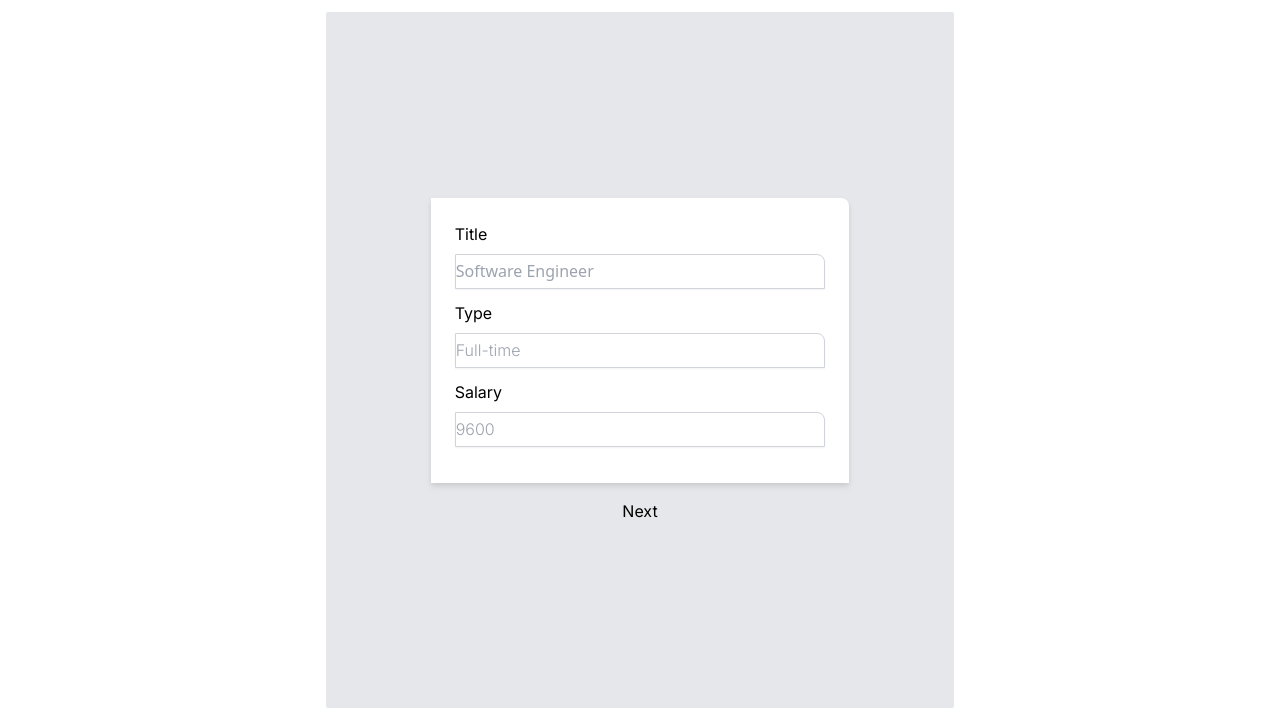
Repository: Abdibaye/Job-Sphere
Page: /form
The author's editor kept a copy of each file at every save. The page is drawn from the files as they stood at one save, then again after the next save.
The browser window is 1280 px wide. The pictures show the whole page.
The project was rebuilt for these pictures with package versions that can differ from the ones it lists, and the page was loaded fresh each time. Also part of the build but not shown: vite.config.js, src/components/search.jsx, src/components/navbar.jsx, src/pages/descriptionpage.jsx, src/components/job.jsx, src/components/feed.jsx, src/components/saved.jsx, src/components/filter.jsx and 4 more.

Above is the page before, as saved 2025-02-23 00:10:33.

After the next save:
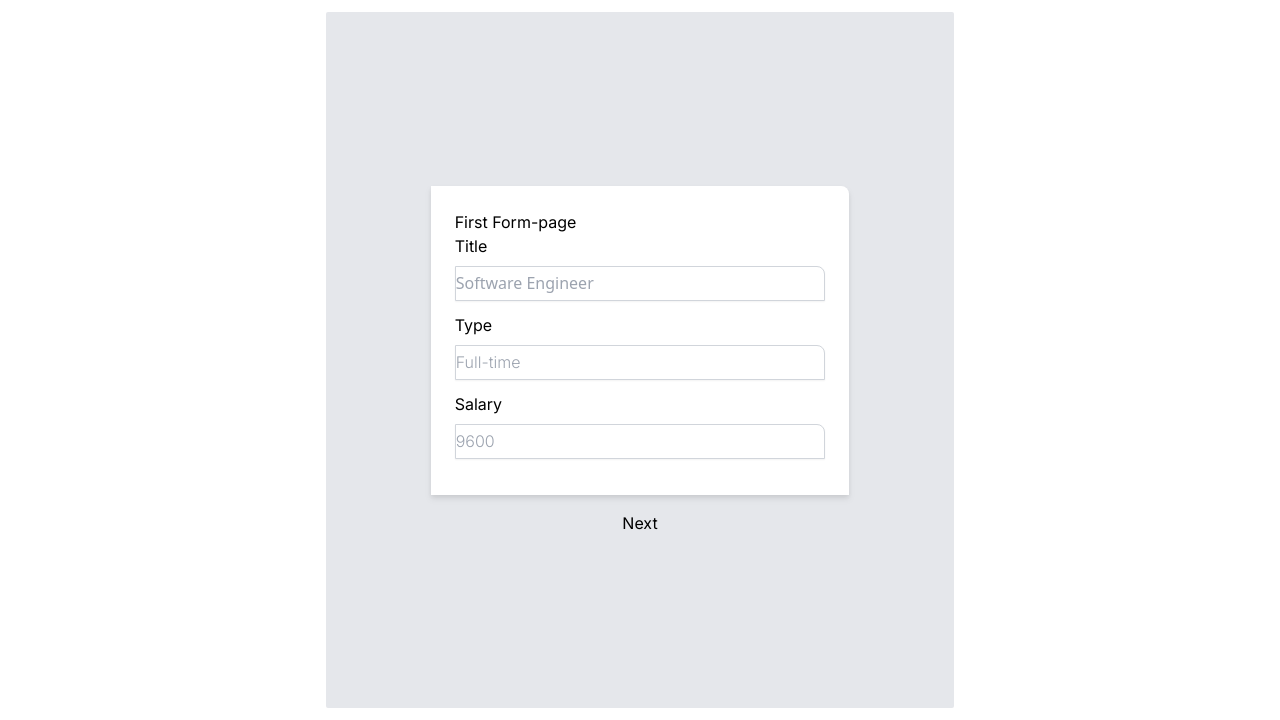
Saved 108 s later.
--- a/src/components/form.jsx
+++ b/src/components/form.jsx
@@ -6,6 +6,7 @@ function Form(){
         <div className=" h-screen font-inter   flex justify-center p-3 ">
             <div className="bg-gray-200 w-1/2 rounded-sm flex flex-col justify-center items-center">
               <div className="bg-[#fff] w-2/3 h-fit flex flex-col justify-center p-6 rounded-tr-lg drop-shadow-md">
+                <h1>First Form-page</h1>
                 <p className="mb-2">Title</p>
                 <input className="mb-3 h-[35px] border border-gray-300 rounded-tr-lg shadow-sm focus:outline-none font-sans font-light" type="text" placeholder="Software Engineer" />
                 <p className="mb-2">Type</p>
